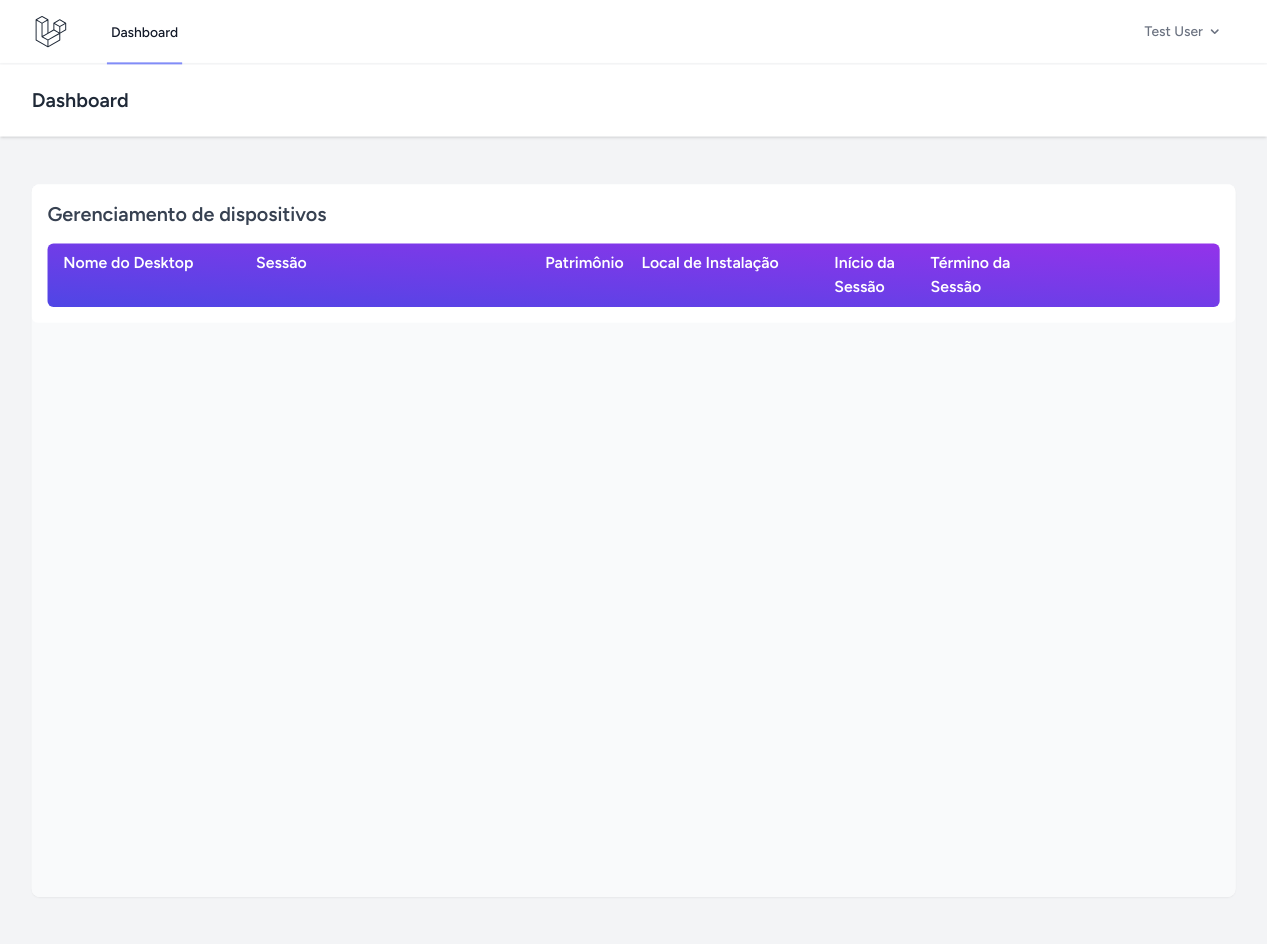
Repository: CrisMorgantee/device-logs
Page: http://localhost/dashboard
The author's editor kept a copy of each file at every save. The page is drawn from the files as they stood at one save, then again after the next save.
The browser window is 1280 px wide. The pictures show the whole page, at 99% of full size.
The page is served by the project's Laravel application, run on PHP 8.4 with Laravel 10. A made-up administrator, Test User (test@example.com), is signed in. Style sheets and scripts are compiled from the project's sources, by tool versions that may differ from the author's. Queries for data that is not in the repository find no rows.

Above is the page before, as saved 2023-04-14 22:52:01.

After the next save:
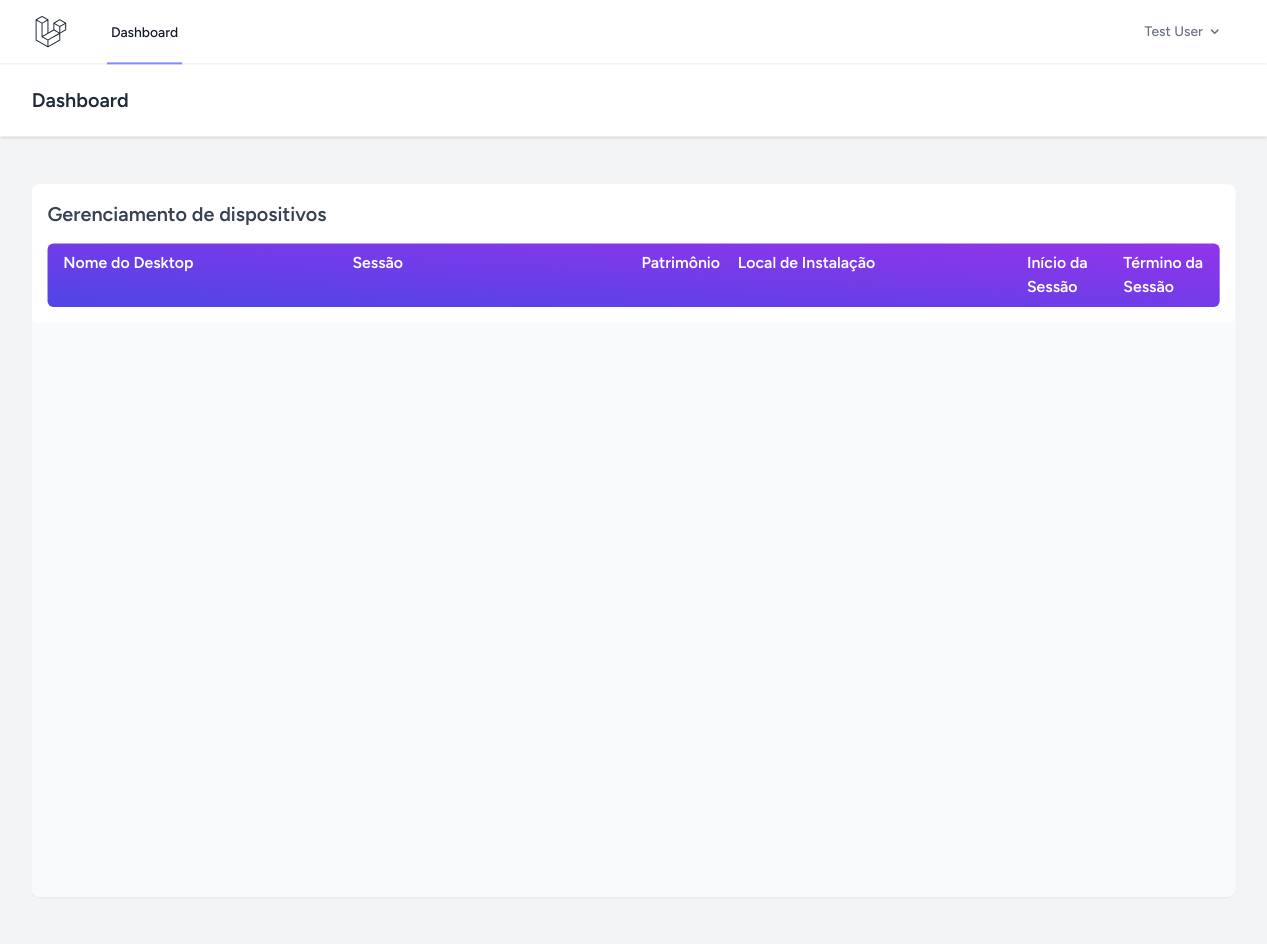
Saved 22 s later.
--- a/resources/views/dashboard.blade.php
+++ b/resources/views/dashboard.blade.php
@@ -14,7 +14,7 @@
 
             <div
               class="text-md grid w-full grid-cols-12 gap-4 rounded-md bg-gradient-to-tr from-indigo-600 to-purple-600 py-2 px-4 font-bold text-white">
-              <div class="col-span-2">
+              <div class="col-span-3">
                 <span>Nome do Desktop</span>
               </div>
               <div class="col-span-3">
@@ -23,7 +23,7 @@
               <div class="col-span-1">
                 <span>Patrimônio</span>
               </div>
-              <div class="col-span-2">
+              <div class="col-span-3">
                 <span>Local de Instalação</span>
               </div>
               <div class="col-span-1">
